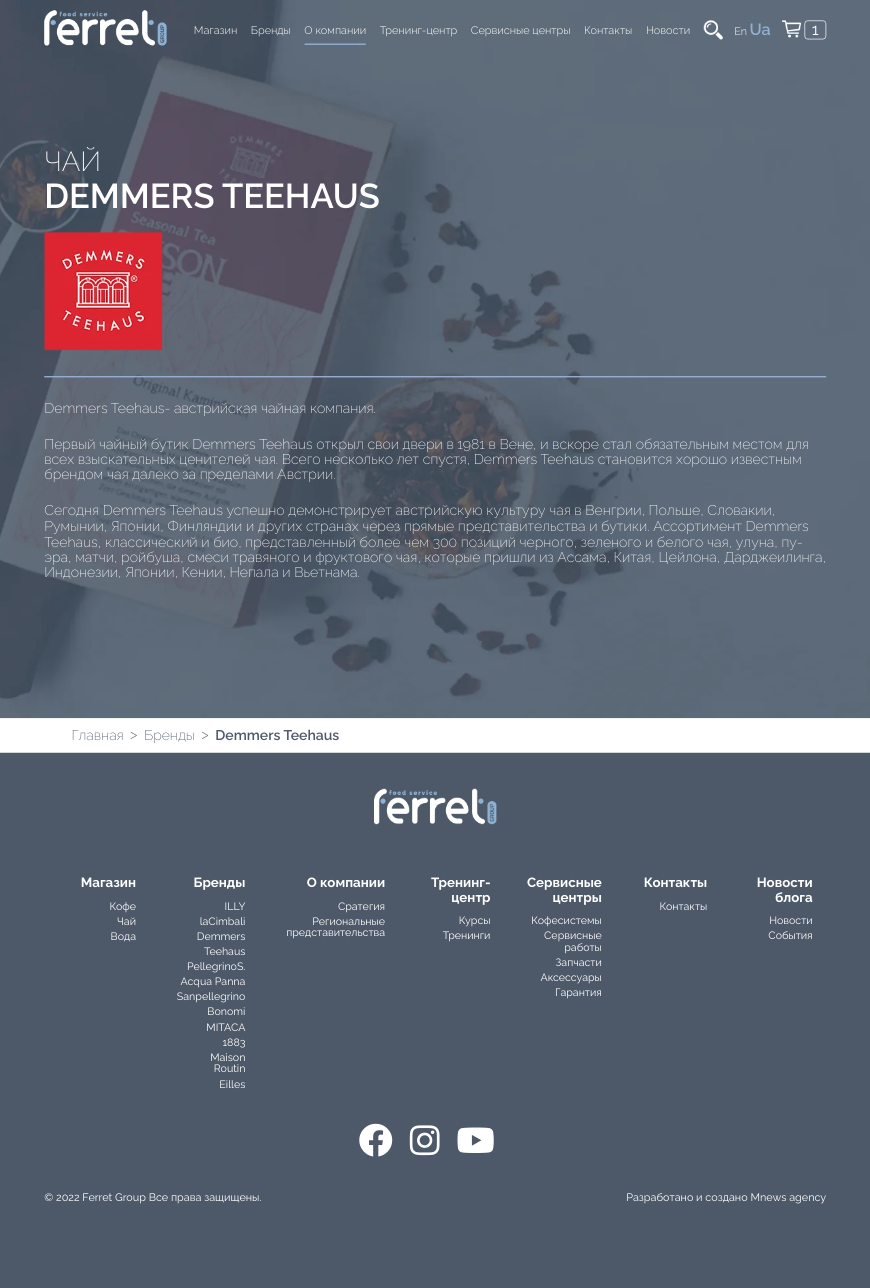
Repository: fanbear/ferret
Page: brands.html
These files come from the project's save history. The page is drawn as it stood at one moment and after the next save; the edit follows.
The browser window is 1280 px wide. The pictures show the whole page, at 68% of full size.

Above is the page before, as saved 2022-02-01 23:57:14.
Console error: TypeError: Cannot read properties of null (reading 'addEventListener')

### brands.html
<!DOCTYPE html>
<html lang="en">

<head>
    <meta charset="UTF-8">
    <meta http-equiv="X-UA-Compatible" content="IE=edge">
    <meta name="viewport" content="width=device-width, initial-scale=1.0">
    <title>Document</title>
    <link preload
        href="https://fonts.googleapis.com/css2?family=Raleway:ital,wght@0,100;0,200;0,300;0,400;0,500;0,600;0,700;0,800;1,100;1,200;1,300;1,400;1,500;1,600;1,700&display=swap"
        rel="stylesheet">

    <link rel="stylesheet" href="./css/normalize.css">
    <link rel="stylesheet" href="./css/critical.css">
    <link rel="stylesheet" href="./css/media.css">

</head>

<body>
    <header class="flex-containev main__header">
        <div class="flex-row">
            <div class="main__header-wrapper">
                <div class="header__wrapper-logo">
                    <img src="./img/logotype.png" alt="ferretGroup" width="180" height="52">
                </div>
                <nav class="header__wrapper-menu">
                    <ul>
                        <li><a href="#">Магазин</a></li>
                        <li><a href="#">Бренды</a></li>
                        <li class="active"><a href="#">О компании</a></li>
                        <li><a href="#">Тренинг-центр</a></li>
                        <li><a href="#">Сервисные центры</a></li>
                        <li><a href="#">Контакты</a></li>
                        <li><a href="#">Новости</a></li>
                    </ul>
                </nav>
                <div class="header__wrapper-actions">
                    <div class="wrapper__actions-search">
                        <a href="#"><img src="./img/search.png" alt="Поиск" width="28" height="28"></a>
                    </div>
                    <div class="wrapper__actions-language">
                        <a href="#">En</a>
                        <a class="active" href="#">Ua</a>
                    </div>
                    <div class="wrapper__actions-busket">
                        <img src="./img/basket.png" alt="корзина" width="28" height="25">
                        <span>1</span>
                    </div>
                </div>
            </div>
        </div>
    </header>
    <main class="flex-container main__content">
        <section class="brand__header" style="background-image: url('./img/brand-tea.webp');">
            <div class="flex-row">
                <div class="brand__header-title">
                    <h1>ЧАЙ <span>DEMMERS TEEHAUS</span></h1>
                </div>
                <div class="brand__header-logotype">
                    <img src="./img/tea-logo.webp" alt="DEMMERS TEEHAUS" width="174" height="174">
                </div>
                <hr class="brand__header-line">
                <div class="brand__header-desc">
                    <p>Demmers Teehaus- австрийская чайная компания.</p>
                    <p>Первый чайный бутик Demmers Teehaus открыл свои двери в 1981 в Вене, и вскоре стал обязательным
                        местом для всех
                        взыскательных ценителей чая. Всего несколько лет спустя, Demmers Teehaus становится хорошо
                        известным
                        брендом чая далеко
                        за пределами Австрии.</p>
                    <p>Сегодня Demmers Teehaus успешно демонстрирует австрийскую культуру чая в Венгрии, Польше,
                        Словакии,
                        Румынии, Японии,
                        Финляндии и других странах через прямые представительства и бутики. Ассортимент Demmers Teehaus,
                        классический и био,
                        представленный более чем 300 позиций черного, зеленого и белого чая, улуна, пу-эра, матчи,
                        ройбуша,
                        смеси травяного и
                        фруктового чая, которые пришли из Ассама, Китая, Цейлона, Дарджеилинга, Индонезии, Японии,
                        Кении,
                        Непала и Вьетнама.</p>
                </div>
            </div>
        </section>
        <section class="brand__product">
            <div class="flex-row">
                <div class="breadcrumbs">
                    <ul>
                        <!-- Breadcrumb NavXT 7.0.2 -->
                        <li class="home post post-page">
                            <a title="Перейти к web-heaven." href="#">Главная</a>
                        </li>
                        <li class="post post-page">
                            <a title="Перейти к web-heaven." href="#">Бренды</a>
                        </li>
                        <li class="post post-page current-item">
                            <span class="post post-page current-item">Demmers Teehaus</span>
                        </li>
                    </ul>
                </div>
            </div>
        </section>
    </main>
    <footer class="flex-containe main__footer">
        <div class="flex-row">
            <div class="main__footer-logotype"><img src="./img/logotype.png" alt="ferretGroup" width="180" height="52">
            </div>
            <div class="main__footer-menu">
                <div class="footer__menu-item">
                    <div class="footer__menu-item__title">Магазин</div>
                    <ul class="footer__menu-item__list">
                        <li><a href="#">Кофе</a></li>
                        <li><a href="#">Чай</a></li>
                        <li><a href="#">Вода</a></li>
                    </ul>
                </div>
                <div class="footer__menu-item">
                    <div class="footer__menu-item__title">Бренды</div>
                    <ul class="footer__menu-item__list">
                        <li><a href="#">ILLY</a></li>
                        <li><a href="#">laCimbali</a></li>
                        <li><a href="#">Demmers</a></li>
                        <li><a href="#">Teehaus</a></li>
                        <li><a href="#">Pellegrino</a>S.</li>
                        <li><a href="#">Acqua Panna</a></li>
                        <li><a href="#">Sanpellegrino</a></li>
                        <li><a href="#">Bonomi</a></li>
                        <li><a href="#">MITACA</a></li>
                        <li><a href="#">1883</a></li>
                        <li><a href="#">Maison Routin</a></li>
                        <li><a href="#">Eilles</a></li>
                    </ul>
                </div>
                <div class="footer__menu-item">
                    <div class="footer__menu-item__title">О компании</div>
                    <ul class="footer__menu-item__list">
                        <li><a href="#">Сратегия</a></li>
                        <li><a href="#">Региональные представительства</a></li>
                    </ul>
                </div>
                <div class="footer__menu-item">
                    <div class="footer__menu-item__title">Тренинг-центр</div>
                    <ul class="footer__menu-item__list">
                        <li><a href="#">Курсы</a></li>
                        <li><a href="#">Тренинги</a></li>
                    </ul>
                </div>
                <div class="footer__menu-item">
                    <div class="footer__menu-item__title">Сервисные центры</div>
                    <ul class="footer__menu-item__list">
                        <li><a href="#">Кофесистемы</a></li>
                        <li><a href="#">Сервисные работы</a></li>
                        <li><a href="#">Запчасти</a></li>
                        <li><a href="#">Аксессуары</a></li>
                        <li><a href="#">Гарантия</a></li>
                    </ul>
                </div>
                <div class="footer__menu-item">
                    <div class="footer__menu-item__title">Контакты</div>
                    <ul class="footer__menu-item__list">
                        <li><a href="#">Контакты</a></li>
                    </ul>
                </div>
                <div class="footer__menu-item">
                    <div class="footer__menu-item__title">Новости блога</div>
                    <ul class="footer__menu-item__list">
                        <li><a href="#">Новости</a> </li>
                        <li><a href="#">События</a></li>
                    </ul>
                </div>
            </div>
            <div class="main__footer-social">
                <a href="#"><i class="fab fa-facebook"></i></a>
                <a href="#"><i class="fab fa-instagram"></i></a>
                <a href=""><i class="fab fa-youtube"></i></a>
            </div>
            <div class="main__footer-bottom">
                <div class="footer__bottom-item"><a href="#">© 2022 Ferret Group Все права защищены.</a></div>
                <div class="footer__bottom-item"><a href="#">Разработано и создано Mnews agency</a></div>
            </div>
        </div>



        <link rel="stylesheet" href="./css/main.css">
        <link rel="stylesheet" type="text/css" href="./css/slick.css" />
        <link preload rel="stylesheet" href="https://use.fontawesome.com/releases/v5.15.4/css/all.css"
            integrity="sha384-DyZ88mC6Up2uqS4h/KRgHuoeGwBcD4Ng9SiP4dIRy0EXTlnuz47vAwmeGwVChigm" crossorigin="anonymous">
        <script src="https://code.jquery.com/jquery-3.6.0.min.js"
            integrity="sha256-/xUj+3OJU5yExlq6GSYGSHk7tPXikynS7ogEvDej/m4=" crossorigin="anonymous"></script>
        <script src="https://ajax.googleapis.com/ajax/libs/jquery/1.12.3/jquery.min.js"></script>
        <script type="text/javascript" src="./js/slick.min.js"></script>

        <script src="./js/main.js"></script>
        <script>
            $(document).ready(function () {
                $('.blog__news-slider').slick({
                    slidesToShow: 4,
                    slidesToScroll: 1,
                    // autoplay: true,
                    infinite: true,
                    autoplaySpeed: 2000,
                    prevArrow: "<button type='button' class='slick-prev pull-left'><span class='btn-arrow'></span></button>",
                    nextArrow: "<button type='button' class='slick-next pull-left'><span class='btn-arrow'></button>",
                });
            });
        </script>
    </footer>

</body>

</html>

### css/critical.css
:root {
    --desktop-width: 1180px;
    --table-width: 768px;
    --mobile-width: 478px;
}

html, body {
    scroll-behavior: smooth;
}

body {
    font-size: 14px;
    color: #ffffff;
    font-family: 'Raleway', sans-serif;
    line-height: 1.1;
    background: white;

}

div {
    box-sizing: border-box;
    -moz-box-sizing: border-box;
    -webkit-box-sizing: border-box;
}

a {
    color: white;
    text-decoration: none;
}

.flex-container {
    width: 100%;
    display: flex;
    flex-direction: column;
}

.flex-row {
    width: var(--desktop-width);
    display: flex;
    flex-direction: column;
    margin: 0 auto;
    padding: 0 15px;
}

.flex-center {
    display: flex;
    justify-content: center !important;
}

.main__header {
    position: fixed;
    top: 0;
    z-index: 2;
    width: 100%;
    padding: 15px 0;
    background-color: transparent;
}

/* Шапка сайта ----------------------
-------------------------------------*/
.header__wrapper-logo {
    display: flex;
    max-width: 180px;
    margin-bottom: 10px;
}

.header__wrapper-logo img {
    object-fit: cover;
}

.main__header-wrapper {
    display: flex;
    justify-content: space-between;
    align-items: center;

}

.header__wrapper-menu ul {
    display: flex;
    margin: 0;
}

.header__wrapper-menu ul li {
    list-style: none;
    margin-right: 20px;
    height: 40px;
    display: flex;
    align-items: center;
    box-sizing: border-box;
    border-bottom: 2px solid transparent;
    transition: 0.4s ease-out;
}

.header__wrapper-menu ul li:hover {
    border-bottom: 2px solid #8fb2d5;
    transition: 0.4s ease-in;
}

.header__wrapper-menu ul li.active {
    border-bottom: 2px solid #8fb2d5;
}

.header__wrapper-menu ul li a {
    font-size: 1.15em;
    font-weight: 300;
}

.header__wrapper-actions {
    width: 180px;
    display: flex;
    justify-content: space-between;
}

.wrapper__actions-language a {
    font-size: 1.14em;
    font-weight: 300;
}

.wrapper__actions-language a.active {
    font-size: 1.7em;
    font-weight: 600;
    color: #8fb2d5;
}

.wrapper__actions-busket {
    display: flex;
}

.wrapper__actions-busket img {
    margin-right: 5px;
}

.wrapper__actions-busket span {
    font-size: 1.7em;
    border-radius: 5px;
    width: 30px;
    height: 26px;
    border: 1px solid white;
    display: flex;
    justify-content: center;
    align-items: center;
}

.scroll-active {
    background-color: #4d5868;
    animation: bg-add 0.8s;
}

.scroll-deactive {
    background-color: transparent;
    animation: bg-dell 0.8s;
}

@keyframes bg-add {
    0% {
        background-color: transparent;
    }

    100% {
        background-color: #4d5868;
    }
}

@keyframes bg-dell {
    0% {
        background-color: #4d5868;
    }

    100% {
        background-color: transparent;
    }
}

/* Хлебные крошки */
.breadcrumbs ul {
    display: flex;
}

.breadcrumbs ul li {
    margin-right: 30px;
    position: relative;
    list-style: none;
}

.breadcrumbs ul li a {
    color: #4d5868;
    font-weight: 200;
    font-size: 1.48em;
}

.breadcrumbs ul li span {
    color: #4d5868;
    font-weight: 600;
    font-size: 1.48em;
}

.breadcrumbs ul li a::before {
    content: '';
    background-color: #4d5868;
    height: 10px;
    width: 1px;
    position: absolute;
    display: block;
    right: -15px;
    top: 4px;
    transform: rotate(-60deg);
}

.breadcrumbs ul li a::after {
    content: '';
    background-color: #4d5868;
    height: 10px;
    width: 1px;
    position: absolute;
    display: block;
    right: -15px;
    bottom: 4px;
    transform: rotate(60deg);
}

/* Главная страница --------------------
----------------------------------------*/
.video {
    position: relative;
    display: flex;
    min-height: 100vh;
    flex-direction: column;
}

.video .video__item {
    position: absolute;
    left: 0;
    top: 0;
    width: 100%;
    height: 100%;
    object-fit: cover;
}

.arrow-down {
    position: absolute;
    z-index: 2;
    bottom: 145px;
    left: calc(50% - 20px);
    display: flex;
    justify-content: center;
    align-items: center;
    width: 20px;
    cursor: pointer;
}

.arrow-down a {
    width: 20px;
    height: 100%;
}

.arrow-down a span {
    display: flex;
    height: 60px;
    width: 3px;
    background-color: white;
    position: relative;
}

.arrow-down a span::before {
    content: '';
    display: block;
    position: absolute;
    height: 15px;
    width: 3px;
    bottom: -3px;
    left: -4px;
    transform: rotate(-45deg);
    background-color: white;
}

.arrow-down a span::after {
    content: '';
    display: block;
    position: absolute;
    height: 15px;
    width: 3px;
    bottom: -3px;
    left: 4px;
    transform: rotate(45deg);
    background-color: white;
}

/* Страница брендов --------------------
----------------------------------------*/
.brand__header {
    padding: 216px 0 202px 0;
    background-size: cover;
    background-position: center;
    background-repeat: no-repeat;
}

.brand__header-title h1 {
    font-size: 2.9em;
    font-weight: 200;
    margin: 0 0 25px 0;
}

.brand__header-title span {
    display: block;
    font-weight: 600;
    font-size: 1.25em;
}

.brand__header-line {
    background: #98b0d2;
    width: 100%;
    height: 2px;
    border: 0;
    margin: 34px 0;
}

.brand__header-desc p {
    font-size: 1.48em;
    font-weight: 200;
    margin-top: 0;
    margin-bottom: 30px;
}

.brand__header-desc p:last-child {
    margin: 0;
}

### css/main.css
/* Стрелка в кнопках */
.btn-arrow {
    width: 56px;
    background: white;
    height: 2px;
    display: flex;
    margin-left: 12px;
    position: relative;
}

.btn-arrow::before {
    content: '';
    display: block;
    width: 10px;
    height: 2px;
    background: inherit;
    right: -1px;
    position: absolute;
    transform: rotate(45deg);
    top: -3px;
}

.btn-arrow::after {
    content: '';
    display: block;
    width: 10px;
    height: 2px;
    background: inherit;
    right: -1px;
    position: absolute;
    transform: rotate(-45deg);
    top: 3px;
}


/* Портфолио */
.main__text {
    height: 90px;
    width: 100%;
    background-color: #4d5868;
    display: flex;
    align-items: center;
}

.main__text-item {
    font-size: 2.4em;
}

.main__text-link {
    margin-top: 30px;
    border: 1px solid white;
    border-radius: 10px;
    padding: 13px 45px 11px 50px;
    max-width: 400px;
    margin: 0 auto;
}

.main__text-link a {
    font-size: 1.45em;
    display: flex;
    align-items: center;
}

.briefcase__item {
    background-size: cover;
    background-repeat: no-repeat;
    background-position: center;
    padding: 228px 0 172px 0;
}

.briefcase__item-right {
    display: flex;
    align-items: flex-end;
    flex-direction: column;
    margin: 0 right;
}

.briefcase__item-left {
    display: flex;
    align-items: flex-start;
    flex-direction: column;
    margin: 0 right;
}

.briefcase__item-title {
    font-size: 3.59em;
    font-weight: 600;
}

.briefcase__item-text {
    margin-top: 10px;
    font-size: 1.8em;
    max-width: 490px;
}

.briefcase__item-link {
    margin-top: 30px;
    border: 1px solid white;
    border-radius: 10px;
    padding: 16px 12px 12px 16px;
}

.briefcase__item-left .briefcase__item-link {
    margin-top: 60px;
}

.briefcase__item-link a {
    font-size: 1.45em;
    display: flex;
    align-items: center;
    font-weight: 700;
}

/* Про компанию */
.about {
    background-color: #8fb2d5;
}

.about__wrapper-item {
    display: flex;
    justify-content: space-between;
    flex: wrap;
}

.about__wrapper-text {
    flex: 1 1 50%;
    margin-right: 15px;
    padding: 85px 0 36px 0;
}

.about__wrapper-img {
    flex: 1 1 50%;
    margin-left: 15px;
    background-size: cover;
    background-repeat: no-repeat;
}


.about__wrapper-title {
    font-size: 2.4em;
    font-weight: bold;
    text-transform: uppercase;
}

.about__wrapper-desc {
    margin: 75px 0 46px 80px;
    font-size: 1.8em;
    color: #000000;
    font-weight: 300;
    word-break: break-all;
}

.about__wrapper-link {
    display: flex;
}

.about__wrapper-link a {
    border: 1px solid white;
    border-radius: 10px;
    padding: 24px 16px 18px 22px;
    display: flex;
    align-items: center;
    font-size: 1.8em;
    font-weight: 600;
}

/* Новости блога */
.blog__news {
    padding-top: 80px;
    padding-bottom: 120px;
}

.blog__news-text {
    display: flex;
    justify-content: space-between;
    align-items: center;
    margin-bottom: 43px;
}

.news-text__title {
    font-size: 2.3em;
    font-weight: 700;
    color: #4d5868;
    text-transform: uppercase;
}

.news-text__link a {
    color: #8fb2d5;
    font-size: 1.2em;
    display: flex;
    align-items: center;
}

.news-text__link span {
    background: #8fb2d5;
}

.slider__item {
    display: flex;
    flex-direction: column;
    align-items: center
}

.slider__item-image {
    width: 100%;
    height: 267px;
    display: flex;
    background-size: cover;
    background-repeat: no-repeat;
    background-position: center;
}

.slider__item-title {
    height: 115px;
    display: flex;
    align-items: center;
    padding: 0 20px;
    background: #4d5868;
    box-sizing: border-box;
    font-size: 1.2em;
    font-weight: 700;
    margin-top: -1px;
    /* word-break: break-all; */
}

.slider__item-text {
    height: 150px;
    border: 1px solid #4d5868;
    border-radius: 0 0px 10px 10px;
    box-sizing: border-box;
    padding: 10px 20px 0 20px;
    display: flex;
    flex-direction: column;
    justify-content: space-between;
    /* word-break: break-all; */
}

.slider__item-text p {
    color: #000000;
    font-size: 1.2em;
    font-weight: 300;
    margin: 0;
}

.slider__item-text-link {
    margin: 15px 0;

}

.slider__item-text-link a {
    height: 15px;
    display: flex;
    align-items: center;
}

.slider__item-text-link a span {
    background: #8fb2d5;
    margin: 0;

}

.slick-slide {
    margin: 0 15px;
}

.slick-list {
    margin: 0 -15px !important;
}

.slick-prev,
.slick-next {
    border: 0;
    position: absolute;
    top: calc(50% - 22px);
    height: 43px;
    width: 63px;
    background: #8fb2d5;
    display: flex;
    justify-content: center;
    align-items: center;
    z-index: 1;
    cursor: pointer;
}

.slick-prev {
    border-radius: 0 10px 10px 0;
}

.slick-next {
    right: 0;
    border-radius: 10px 0 0 10px;
}

.slick-prev span {
    margin: 0;
    transform: rotate(180deg);
}

.slick-next span {
    marign: 0;
}

/* Footer */
.main__footer {
    background: #4d5868;
    padding-bottom: 125px;
}

.main__footer-logotype {
    margin: 53px auto 73px auto;
}

.main__footer-menu {
    display: flex;
    justify-content: space-between;
}

.footer__menu-item {
    flex: 1 1 calc(100% / 7);
    padding-right: 20px;
}

.footer__menu-item__title {
    font-size: 1.4em;
    font-weight: bold;
    text-align: right;
}

.footer__menu-item__list li {
    list-style: none;
    text-align: right;
    font-size: 1.12em;
    margin-bottom: 5px;
}

.main__footer-social {
    display: flex;
    justify-content: center;
    align-items: center;
    margin-top: 35px;
    margin-bottom: 50px;
}

.main__footer-social a {
    margin-right: 25px;

}

.main__footer-social a i {
    font-size: 50px;
}

.main__footer-bottom {
    display: flex;
    justify-content: space-between;
    align-items: center;
}

.footer__bottom-item a {
    font-size: 1.14em;
}


/* Шаблон страницы бренда */
.breadcrumbs ul {
    display: flex;
}

.breadcrumbs ul li {
    margin-right: 30px;
    position: relative;
    list-style: none;
}

.breadcrumbs ul li a {
    color: #4d5868;
    font-weight: 200;
    font-size: 1.48em;
}

.breadcrumbs ul li span {
    color: #4d5868;
    font-weight: 600;
    font-size: 1.48em;
}

.breadcrumbs ul li a::before {
    content: '';
    background-color: #4d5868;
    height: 10px;
    width: 1px;
    position: absolute;
    display: block;
    right: -15px;
    top: 4px;
    transform: rotate(-60deg);
}

.breadcrumbs ul li a::after {
    content: '';
    background-color: #4d5868;
    height: 10px;
    width: 1px;
    position: absolute;
    display: block;
    right: -15px;
    bottom: 4px;
    transform: rotate(60deg);
}

### js/main.js
document.addEventListener('DOMContentLoaded', function () {

    // Добавление цвета в шапку п ир прокрутке ******
    // **********************************************
    const header = document.querySelector('.main__header')
    const add_class_on_scroll = () => {
        header.classList.add('scroll-active')
        header.classList.remove('scroll-deactive')
    }
    const remove_class_on_scrool = () => {
        header.classList.remove('scroll-active')
        header.classList.add('scroll-deactive')
    }

    window.addEventListener('scroll', function () {
        let scrollpos = window.scrollY;

        if (scrollpos >= 1) {
            add_class_on_scroll()
        } else {
            remove_class_on_scrool()
        }
    })

    // ----------
    const videoArrow = document.querySelector('.arrow-down');

    videoArrow.addEventListener('c')
})

Loaded but not shown: css/normalize.css (library); css/slick.css (common file); js/slick.min.js (library); css/media.css (no stored copy; drawn as an empty file)

After the next save:
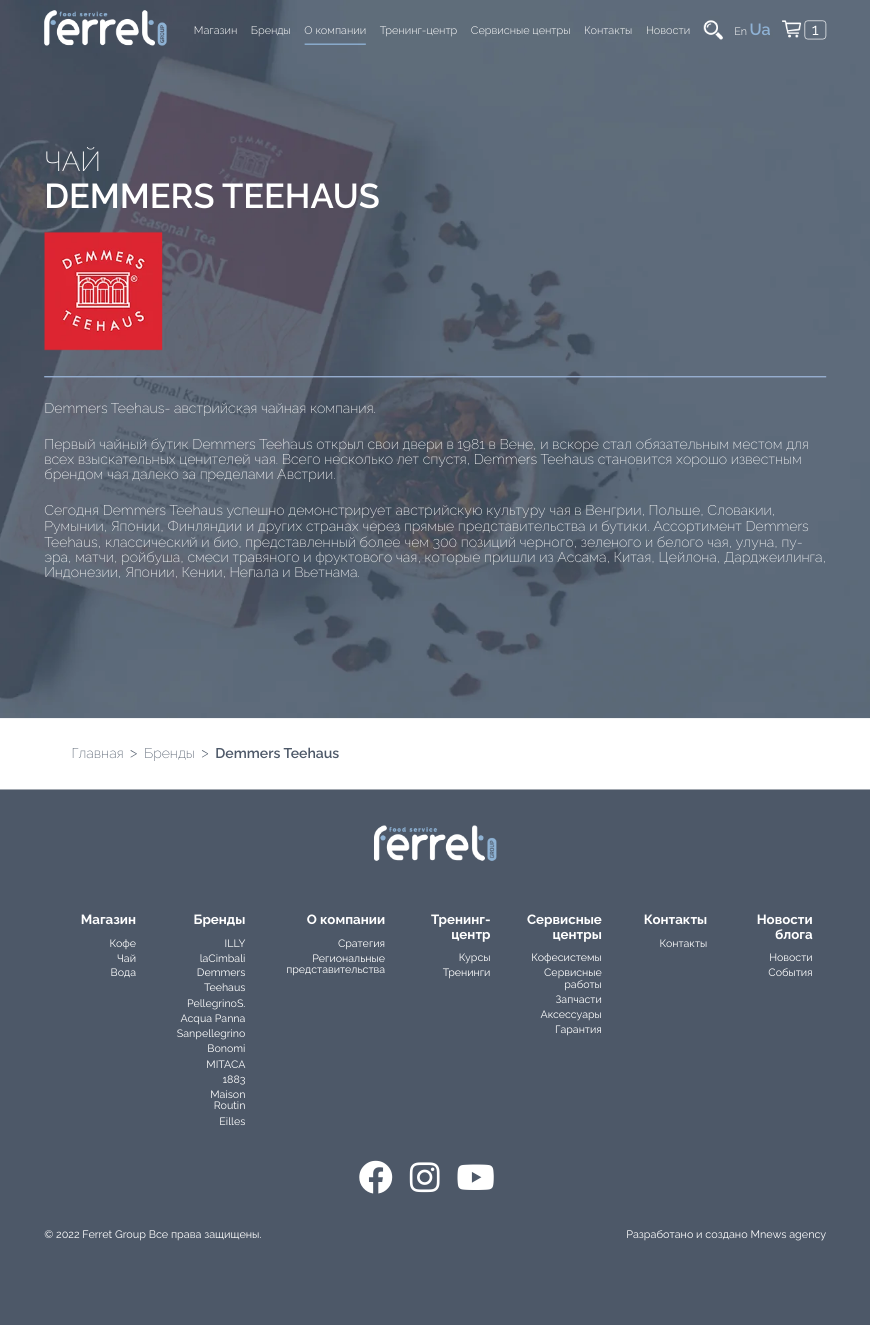
Saved 55 s later.
--- a/css/critical.css
+++ b/css/critical.css
@@ -172,6 +172,10 @@
 }
 
 /* Хлебные крошки */
+.breadcrumbs {
+    margin: 27px 0;
+}
+
 .breadcrumbs ul {
     display: flex;
 }
